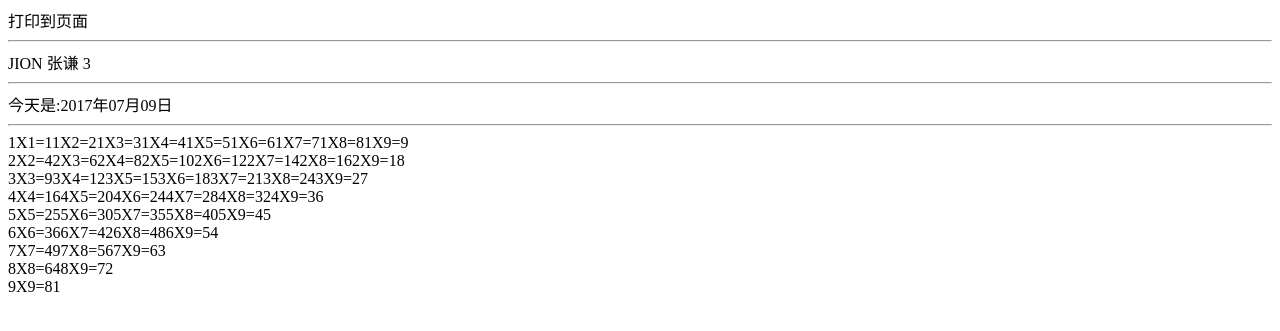
Repository: jionjion/JAVA_WorkSpace
Page: http://localhost/ServletClient/modules/jspBase/base.jsp
An editor plug-in stored every save of this project. The page is shown before and after the next save, followed by the edit.
The browser window is 1280 px wide. The pictures show the whole page.
The page is served by Tomcat 9. Other server files are loaded and not shown.

Above is the page before, as saved 2017-07-10 13:18:25.

### ServletClient/WebContent/modules/jspBase/base.jsp
<%@page import="java.util.Date"%>
<%@page import="java.text.SimpleDateFormat"%>
<%@ page language="java" contentType="text/html; charset=UTF-8" pageEncoding="UTF-8"%>
<%-- page指令	  language:服务器语言	contentType:页面类型,字符	pageEncoding:编码格式	 --%>
<!DOCTYPE html PUBLIC "-//W3C//DTD HTML 4.01 Transitional//EN" "http://www.w3.org/TR/html4/loose.dtd">
<html>
<head>
<meta http-equiv="Content-Type" content="text/html; charset=UTF-8">
<title>JSP基础介绍</title>
</head>
<body>

	<!-- HTML注释.客户端注释 -->
	<%-- JSP注释.服务器可见 --%>
	<%
		//单行注释
		/*	多行注释
			多行注释
		*/
	%>

	<%	//jsp脚本
		out.print("打印到页面");
		System.out.println("打印到控制台");
		String author = "张谦";		//全局变量
	%>
	<hr>

	<%!	//JSP声明,注意分号结束
		String author = "JION";		//局部变量
		int sum( int x , int y ){return x+y;}
	%>

	<%=this.author %>	<!-- 局部变量 -->
	<%=author %>		<!-- 全局变量 -->
	<%=sum(1,2) %>		<!-- 调用表达式 -->
	<hr>

	今天是:<%= new SimpleDateFormat("YYYY年MM月dd日").format(new Date()) %>
	<hr>

	<%
		for(int i = 1 ; i<=9 ; i++){
			for(int j = i ; j<=9 ; j++){
				out.print(i+"X"+j+"="+(i*j));
			}
			out.print("</br>");
		}
	%>
</body>
</html>

After the next save:
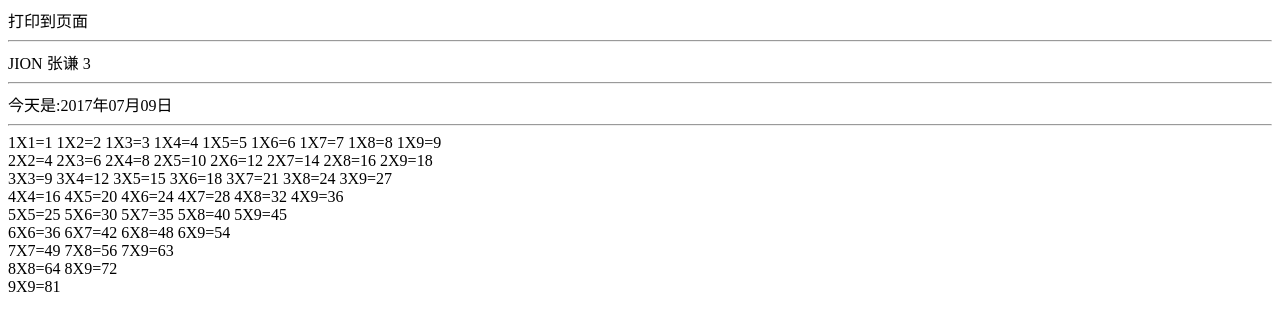
Saved 22 s later.
--- a/ServletClient/WebContent/modules/jspBase/base.jsp
+++ b/ServletClient/WebContent/modules/jspBase/base.jsp
@@ -42,7 +42,7 @@
 	<%
 		for(int i = 1 ; i<=9 ; i++){
 			for(int j = i ; j<=9 ; j++){
-				out.print(i+"X"+j+"="+(i*j));
+				out.print(i+"X"+j+"="+(i*j)+"\t");
 			}
 			out.print("</br>");
 		}
